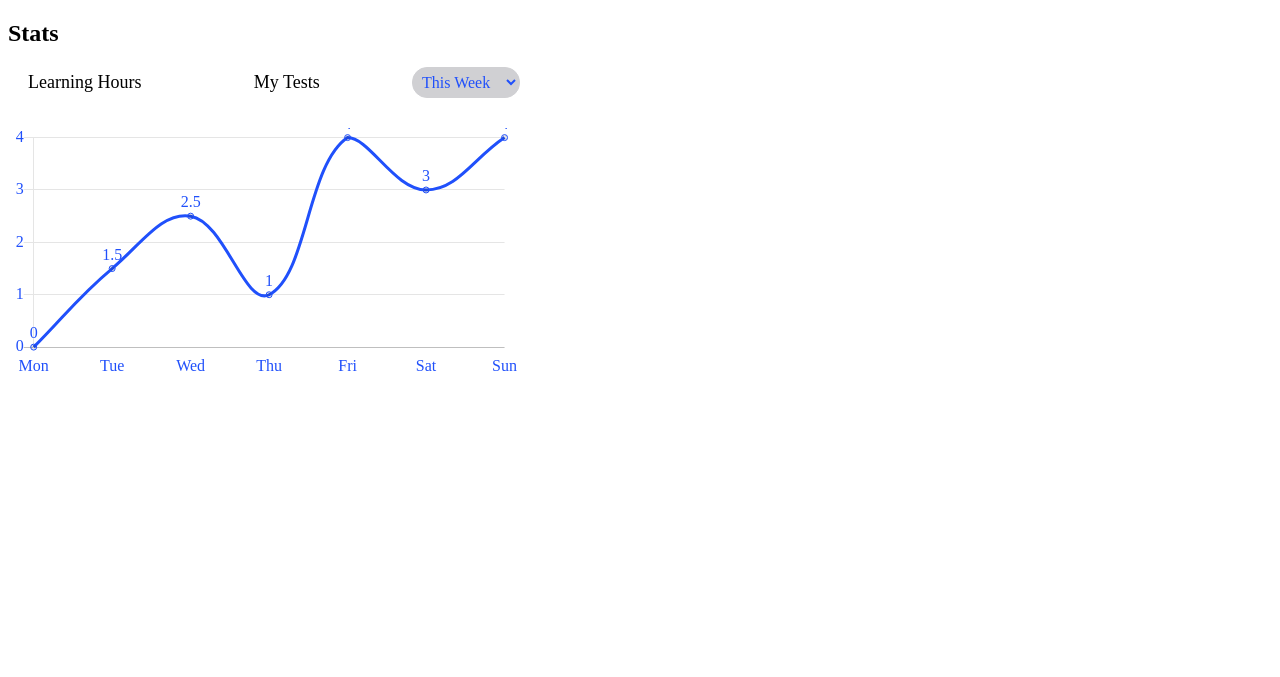
Repository: rafalzacher1/smartify-interface
Page: graphs/learning_graph.html
An editor plug-in stored every save of this project. The page is shown before and after the next save, followed by the edit.
The browser window is 1280 px wide. The pictures show the whole page.
Some web fonts or font styles are not loaded; a fallback is used. Some web libraries are served in a nearby version.

Above is the page before, as saved 2022-06-30 00:58:13.

### graphs/learning_graph.html
<!DOCTYPE html>
<html lang="en">

<head>
    <script src="https://cdnjs.cloudflare.com/ajax/libs/Chart.js/2.4.0/Chart.min.js"></script>
    <link rel="stylesheet" href="./styles/learning_hours.css">
    <link href='https://fonts.googleapis.com/css?family=Baloo Bhai' rel='stylesheet'>
</head>

<body>
    <div class="stats-container">
        <div class="stats-options-container">
            <h2>Stats</h2>

            <div id="stats-options">
                <button class="stat-option" onclick="showLearningHoursGraph()">Learning Hours</button>
                <button class="stat-option" onclick="showTestsGraph()">My Tests</button>

                <select id="graphs">
                    <option value="">This Week</option>
                    <option value="">This Month</option>
                </select>
            </div>
        </div>

        <canvas id="learning-hours"></canvas>
        <canvas id="tests"></canvas>
    </div>

    <script src="./scripts/learningHours.js"></script>
    <script src="./scripts/tests.js"></script>
</body>

<script>
    function showLearningHoursGraph() {
        document.getElementById("learning-hours").style.display="none";
    }

    function showTestsGraph() {

    }
</script>

</html>

### graphs/styles/learning_hours.css
.stats-container {
  position: relative;
  width: 40vw;
}

.stats-options-container {
    margin-bottom: 30px;
}

#stats-options {
  display: flex;
  justify-content: space-between;
  font-family: "Baloo Bhai";
  font-size: 16px;
}

.stat-option,
input[type="submit"],
input[type="reset"] {
  background: none;
  color: inherit;
  border: none;
  padding: 0;
  font: inherit;
  cursor: pointer;
  outline: inherit;
  width: 30%;
  font-family: "Baloo Bhai";
  font-size: 18px;
}

#graphs select {
  font-family: "Baloo Bhai";
  font-size: 26px;
  border: 1px solid #D0D0D3;
}
#graphs {
  font-family: "Baloo Bhai";
  font-size: 16px;
  color: #2050FB;
  padding: 5px;
  border: 1px solid #D0D0D3;
  border-radius: 15px;
  overflow: hidden;
  background: #D0D0D3;
}

### graphs/scripts/learningHours.js
// Data define for bar chart
var learningData = {
    labels: ["Mon", "Tue", "Wed", "Thu", "Fri", "Sat", "Sun"],
    datasets: [{
        fill: false,
        borderColor: "#2050FB",
        data: [0, 1.5, 2.5, 1, 4, 3, 4]
    }]
};
// Options to display value on top of bars
var learningOption = {
    legend: { display: false },
    scales: {
        xAxes: [{
            ticks: {
                fontColor: "#2050FB",
                fontSize: 16,
                fontFamily: "Baloo Bhai",
                stepSize: 1,
                beginAtZero: true
            },
            gridLines: {
                display: false
            }
        }],
        yAxes: [{
            ticks: {
                fontColor: "#2050FB",
                fontSize: 16,
                fontFamily: "Baloo Bhai",
                stepSize: 1,
                beginAtZero: true
            }
        }]
    },
    tooltips: {
        enabled: true
    },
    hover: {
        animationDuration: 1
    },
    animation: {
        duration: 1,
        onComplete: function () {
            var chartInstance = this.chart,
                ctx = chartInstance.ctx;
            ctx.textAlign = 'center';
            ctx.fillStyle = "#2050FB";
            ctx.textBaseline = 'bottom';
            this.data.datasets.forEach(function (dataset, i) {
                var meta = chartInstance.controller.getDatasetMeta(i);
                meta.data.forEach(function (bar, index) {
                    var data = dataset.data[index];
                    ctx.fillText(data, bar._model.x, bar._model.y - 5);
                    // console.log(dataset.data[index]);
                    // dataset.data[index] = dataset.data[index]+"H";
                    // console.log(dataset.data[index]);
                });
            });
        }
    }
};
//Code to drow Chart
var ctx = document.getElementById('learning-hours').getContext('2d');
var LearningHoursChar = new Chart(ctx, {
    type: 'line',    	// Define chart type
    data: learningData,    	// Chart data
    options: learningOption 	// Chart Options [This is optional paramenter use to add some extra things in the chart].
});

### graphs/scripts/tests.js
var xValues = ["Italy", "France", "Spain", "USA", "Argentina"];
var yValues = [55, 49, 44, 24, 15];
var barColors = ["#b91d47", "#00aba9", "#2b5797", "#e8c3b9", "#1e7145"];

new Chart("myChart", {
  type: "doughnut",
  data: {
    labels: xValues,
    datasets: [
      {
        backgroundColor: barColors,
        data: yValues,
      },
    ],
  },
  options: {
    title: {
      display: true,
      text: "World Wide Wine Production 2018",
    },
  },
});

After the next save:
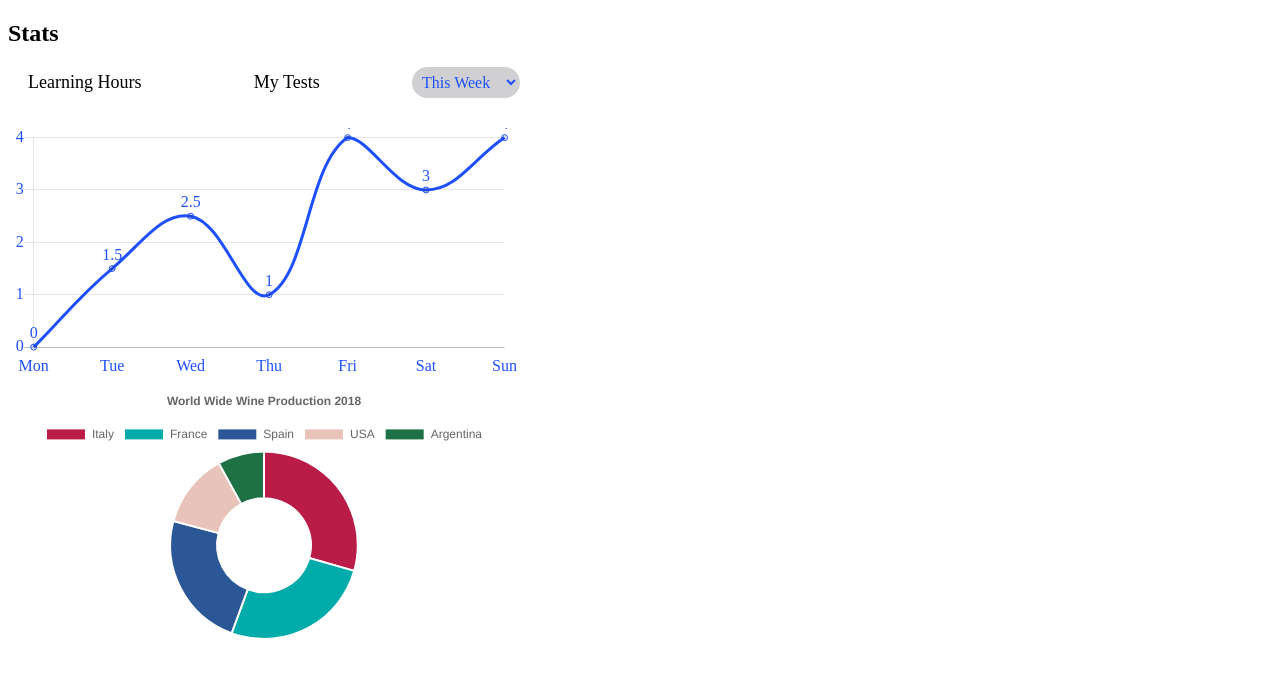
Saved 16 s later.
--- a/graphs/scripts/tests.js
+++ b/graphs/scripts/tests.js
@@ -2,7 +2,7 @@ var xValues = ["Italy", "France", "Spain", "USA", "Argentina"];
 var yValues = [55, 49, 44, 24, 15];
 var barColors = ["#b91d47", "#00aba9", "#2b5797", "#e8c3b9", "#1e7145"];
 
-new Chart("myChart", {
+new Chart("tests", {
   type: "doughnut",
   data: {
     labels: xValues,
